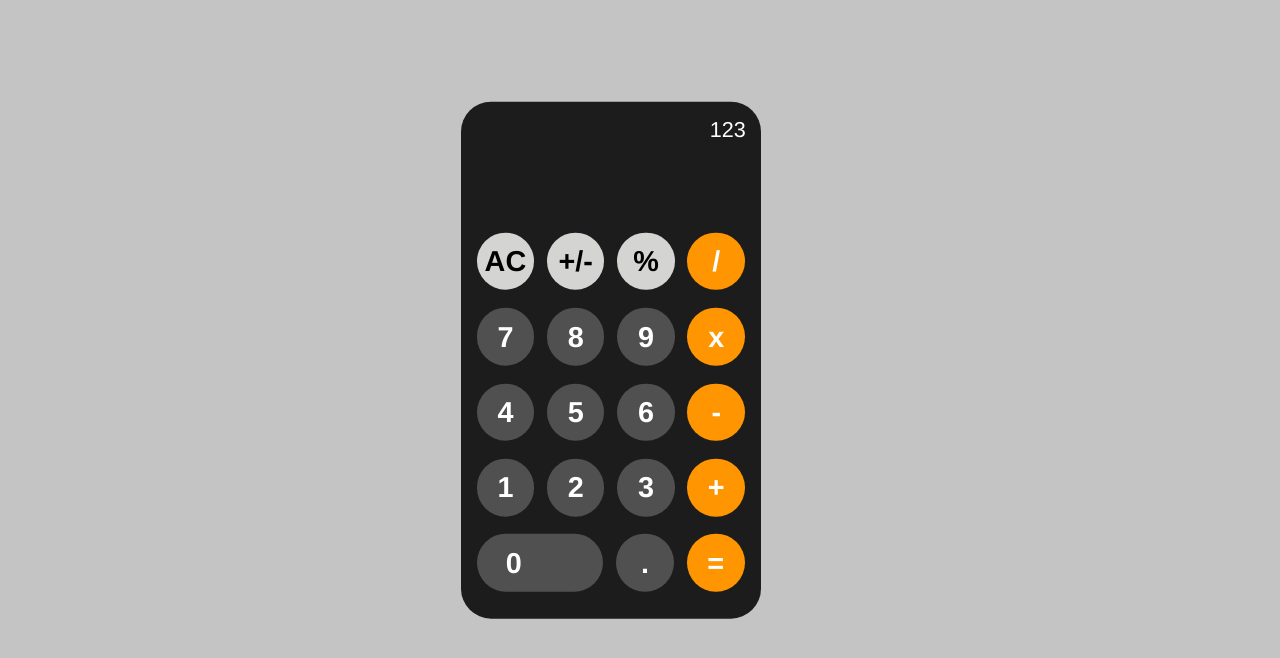
Repository: raulpenate/Calculadora-VUE3
Page: /
An editor plug-in stored every save of this project. The page is shown before and after the next save, followed by the edit.
The browser window is 1280 px wide. The pictures show the whole page.
The project was rebuilt for these pictures with package versions that can differ from the ones it lists, and the page was loaded fresh each time. Also part of the build but not shown: src/components/HelloWorld.vue.

Above is the page before, as saved 2022-03-11 14:27:53.

After the next save:
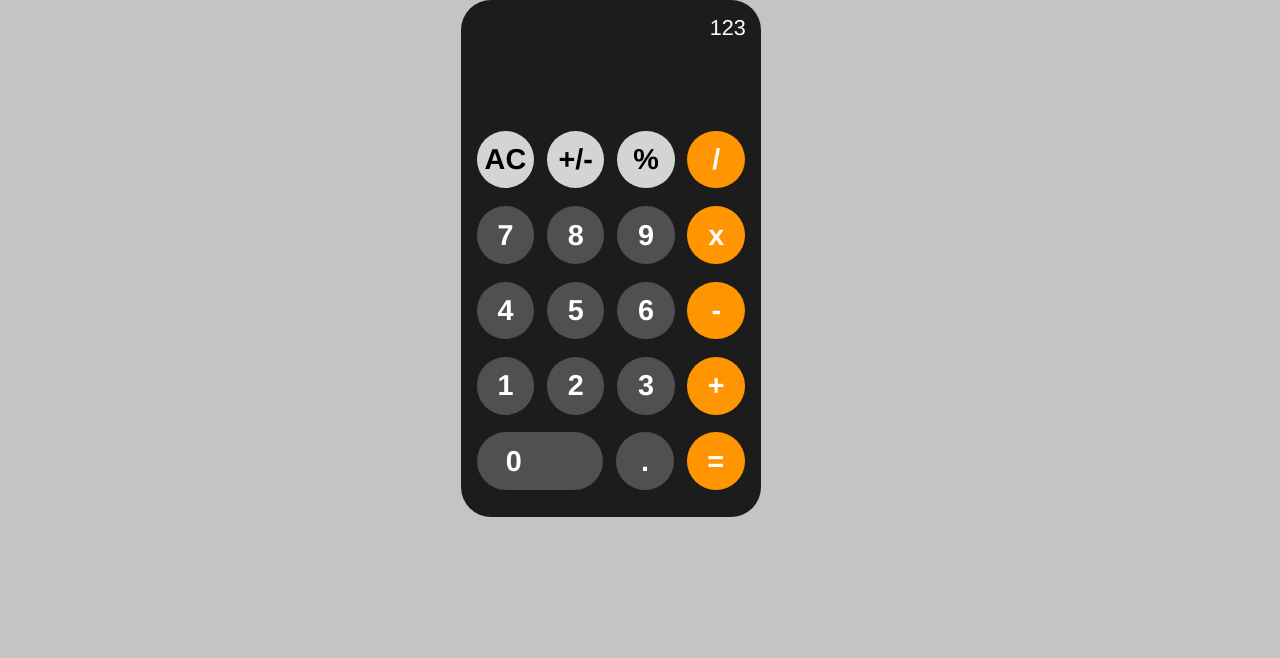
Saved 9 s later.
--- a/src/components/Calculator.vue
+++ b/src/components/Calculator.vue
@@ -55,9 +55,6 @@ body {
 }
 
 .container {
-    position: absolute;
-    top: 50%;
-    transform: translate(0, -50%)
 }
 /* CARCASA */
 
